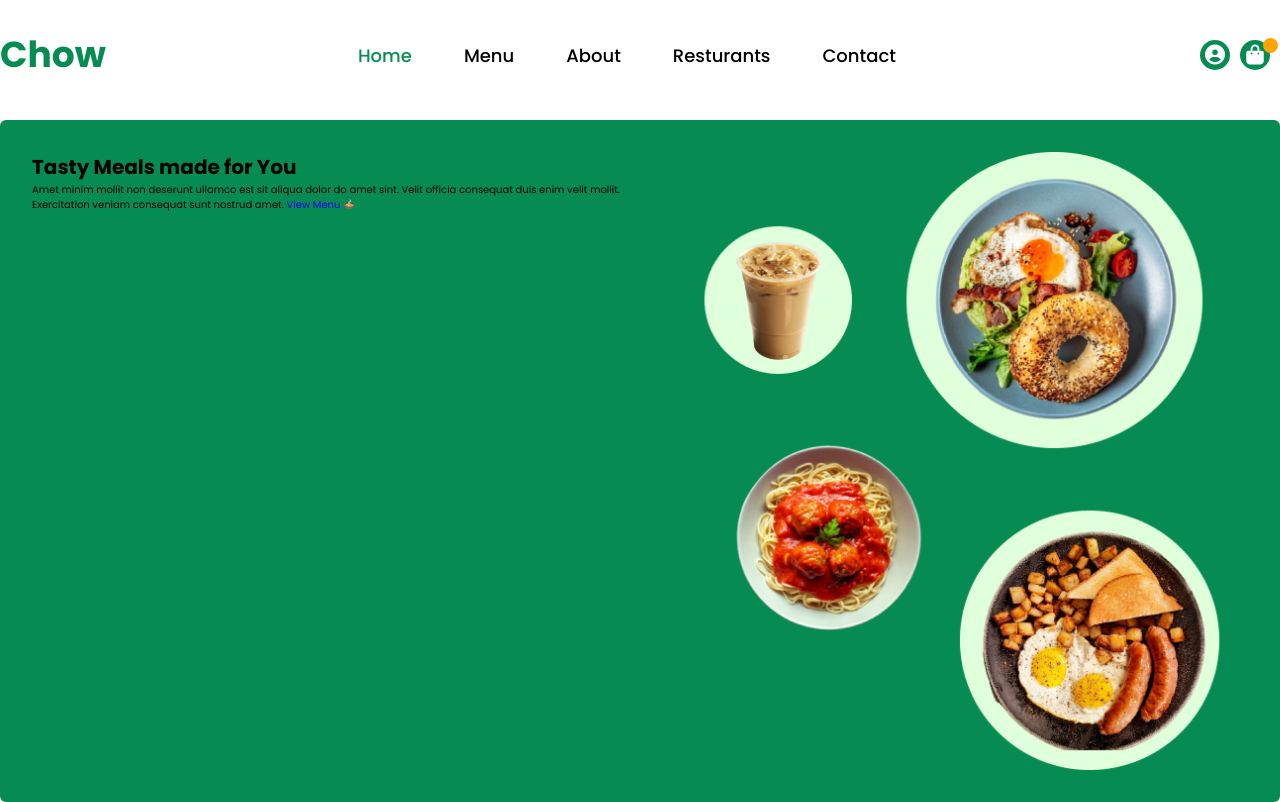
Repository: nguyennam1029/balbal
Page: index.html
The author's editor kept a copy of each file at every save. The page is drawn from the files as they stood at one save, then again after the next save.
The browser window is 1280 px wide. The pictures show the whole page.
Some web libraries are served in a nearby version.

Above is the page before, as saved 2022-07-01 17:25:12.

After the next save:
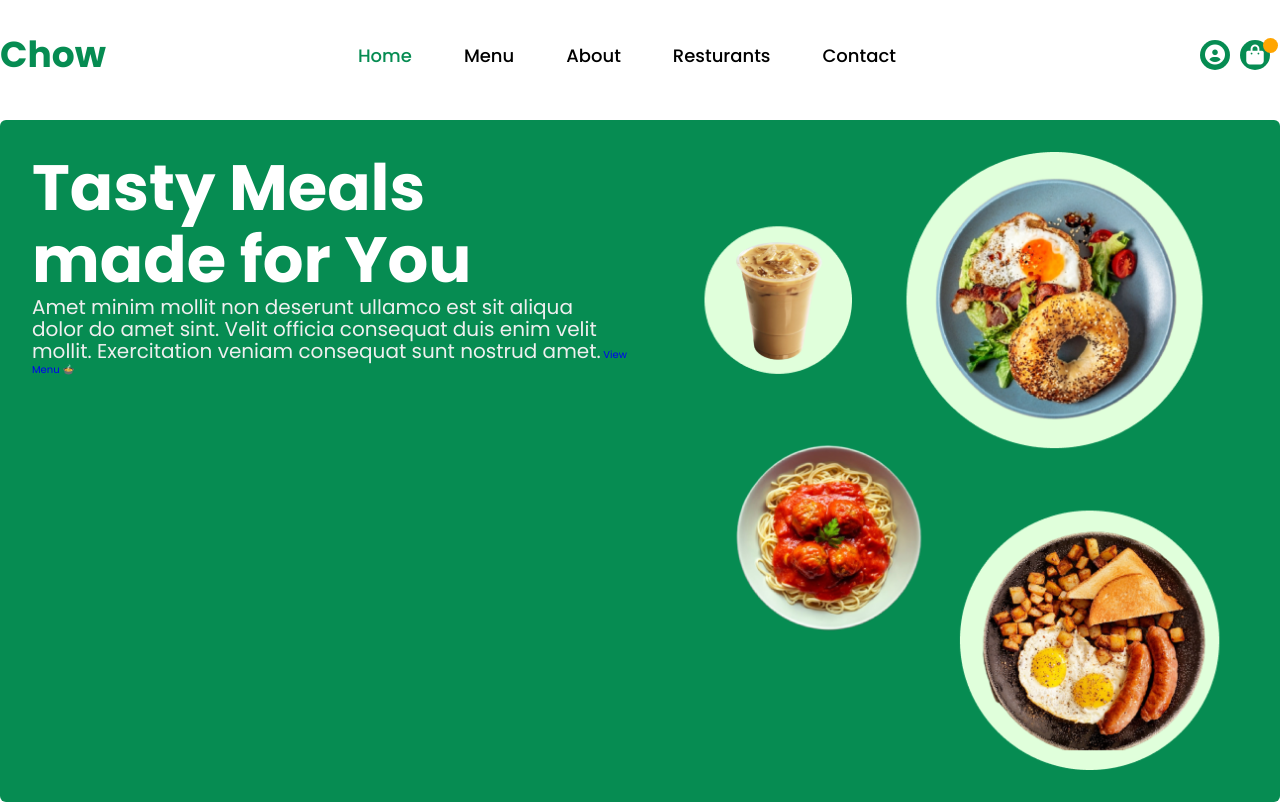
Saved 88 s later.
--- a/css/style.css
+++ b/css/style.css
@@ -142,3 +142,22 @@ ul {
     -o-border-radius     : 6px;
     padding              : 32px;
 }
+
+.banner-info {}
+
+.banner-title {
+    font-weight: 700;
+    font-size  : 6.4rem;
+    line-height: 72px;
+
+    color: #FFFFFF;
+}
+
+.banner-des {
+    font-weight: 400;
+    font-size  : 2rem;
+    line-height: 22px;
+
+    color : #EFEFEF;
+    margin: 14px 0 24px;
+}
